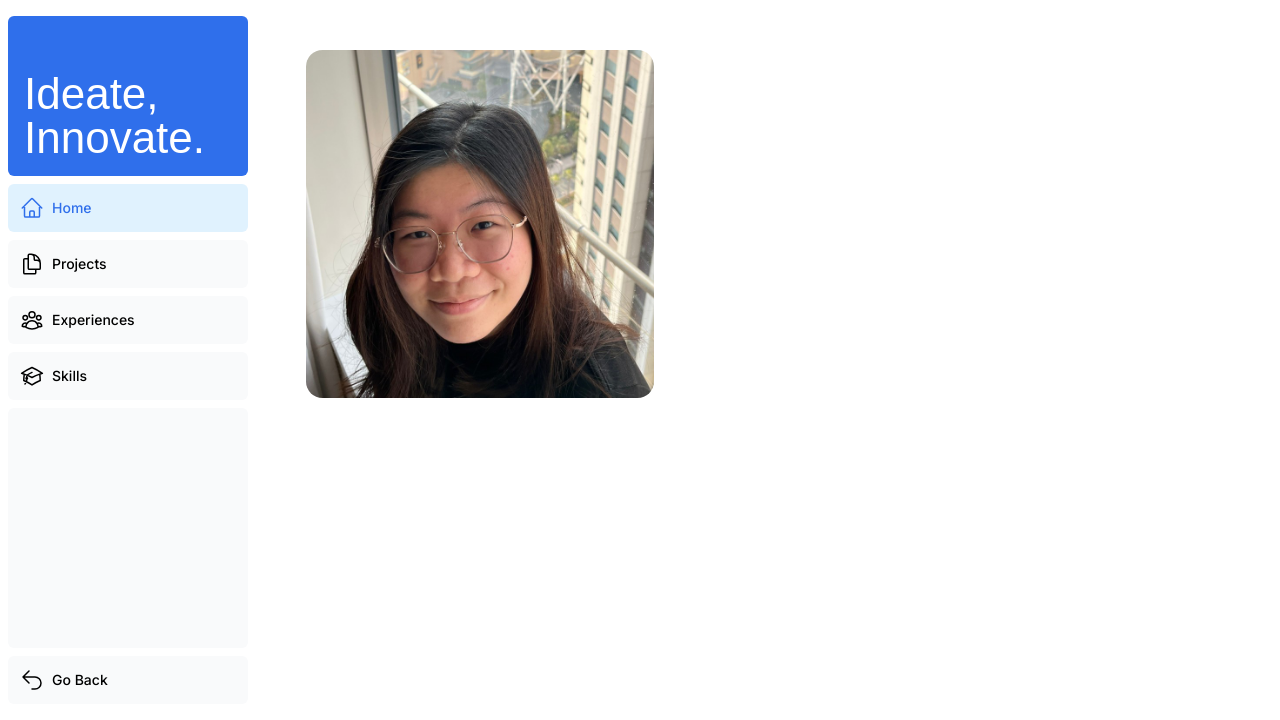
Repository: ThatGirlJam/jaime-portfolio
Page: /dashboard
An editor plug-in stored every save of this project. The page is shown before and after a run of saves, followed by the edit.
The browser window is 1280 px wide. The pictures show the whole page.
Some web fonts or font styles are not loaded; a fallback is used. The project was rebuilt for these pictures with package versions that can differ from the ones it lists, and the page was loaded fresh each time. The framework's server and built-in components were replaced by stand-ins that run in the browser. Also part of the build but not shown: next.config.js.

Above is the page before, as saved 2024-04-10 00:20:19.

After the next 2 saves:
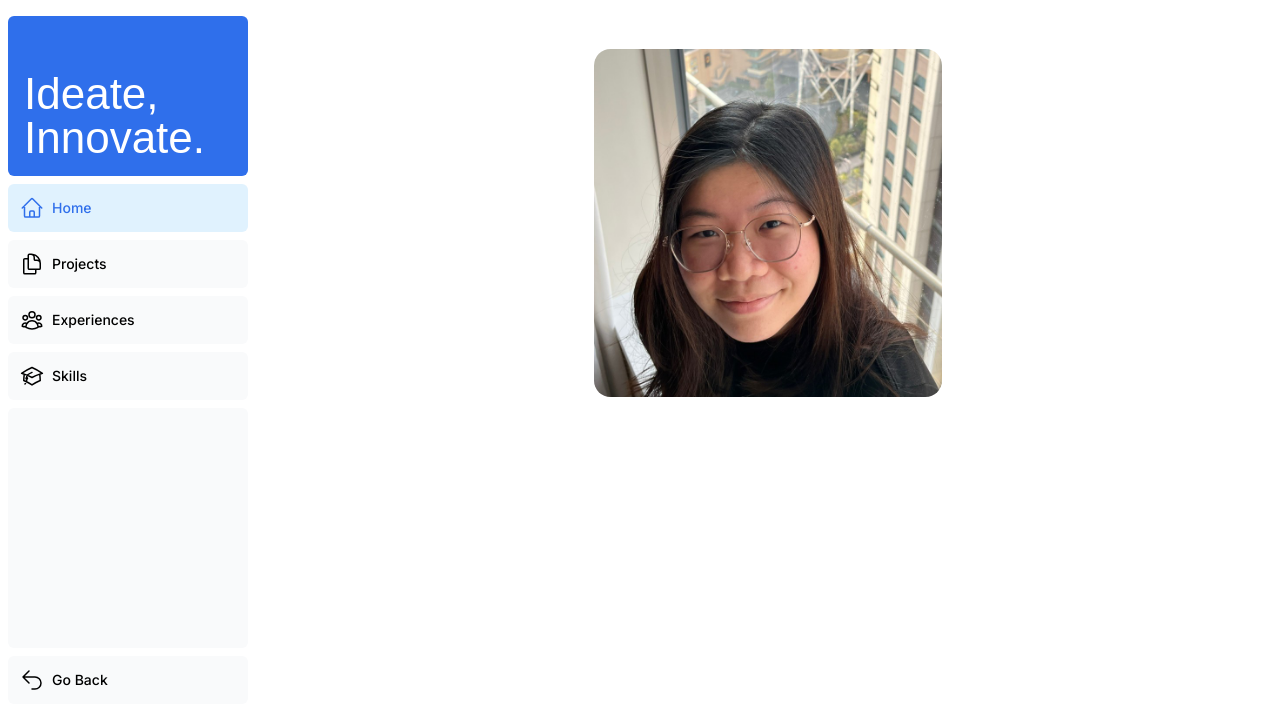
The 2 saves are shown as one change because they came seconds apart.
The last was saved 14 s later.
--- a/app/dashboard/page.tsx
+++ b/app/dashboard/page.tsx
@@ -6,9 +6,14 @@ export default function Page() {
     border: '1px solid #fff',
   };
 
+  const divStyle = {
+    display: 'flex',
+    justifyContent: 'center', // Horizontally center the image
+  };
+
   return (
     <div>
-      <div style={imageStyle}>
+      <div style={divStyle}>
         <Image
                 src="/jaime-linkedin-photo.jpeg"
                 width={350}
